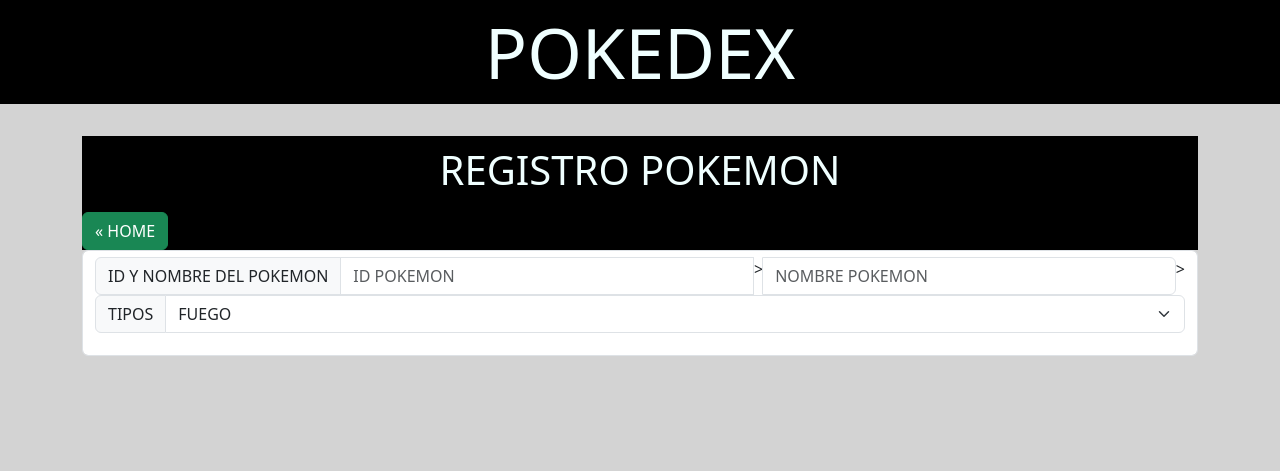
Repository: Edi521/Paginas-web-con-thymeleaf
Page: http://localhost/registro
These files come from the project's save history. The page is drawn as it stood at one moment and after the next save; the edit follows.
The browser window is 1280 px wide. The pictures show the whole page.
The page is this project's Thymeleaf template; nobody is signed in. The template is opened directly, without the code that normally fills it, so the values that code supplies are empty.

Above is the page before, as saved 2024-11-27 00:21:42.

### Pokedex/src/main/resources/templates/registro.html
<!DOCTYPE html>
<html lang="en">
<head>
    <meta charset="UTF-8">
    <meta name="viewport" content="width=device-width, initial-scale=1.0">
	<link href="https://cdn.jsdelivr.net/npm/bootstrap@5.3.3/dist/css/bootstrap.min.css" rel="stylesheet"
	 integrity="sha384-QWTKZyjpPEjISv5WaRU9OFeRpok6YctnYmDr5pNlyT2bRjXh0JMhjY6hW+ALEwIH" crossorigin="anonymous">
    <title>Pokedex</title>
</head>
<body style="background-color: lightgray;">

	<div style="background-color: black;">
		<h1 style="text-align: center; color: azure; font-size: 70px; padding: 10px;">POKEDEX</h1>
		<div style="text-align: center;">
		</div>
	</div>
	<br>
	<div class="container">

		<div  class="card-header" style="background-color: black;">
			<h2 style="text-align: center; color: azure; font-size: 40px; padding: 10px;">REGISTRO POKEMON</h2>
			<a type="button" class="btn btn-success" th:href="@{/}">  « HOME</a>
		</div>
		<div class="card-body">
			<div class="form-control">
				<form>
					<div class="input-group">
					  <span class="input-group-text">ID Y NOMBRE DEL POKEMON</span>
					  <input type="number" name="id" min="1" placeholder="ID POKEMON" class="form-control" required>>
					  <input type="text" name="nombre" placeholder="NOMBRE POKEMON"  class="form-control" required>>
					</div>


					<div class="input-group mb-3">
					  <label class="input-group-text" for="inputGroupSelect01">TIPOS</label>
					  <select class="form-select" id="inputGroupSelect01" name="tipo" required>
					    <option value="FUEGO">FUEGO</option>
					    <option value="AGUA">AGUA</option>
					    <option value="ELECTRICO">ELECTRICO</option>
					    <option value="BICHO">BICHO</option>
					  </select>
					</div>

				</form>
			</div>

		</div>


	</div>



</body>
</html>

After the next save:
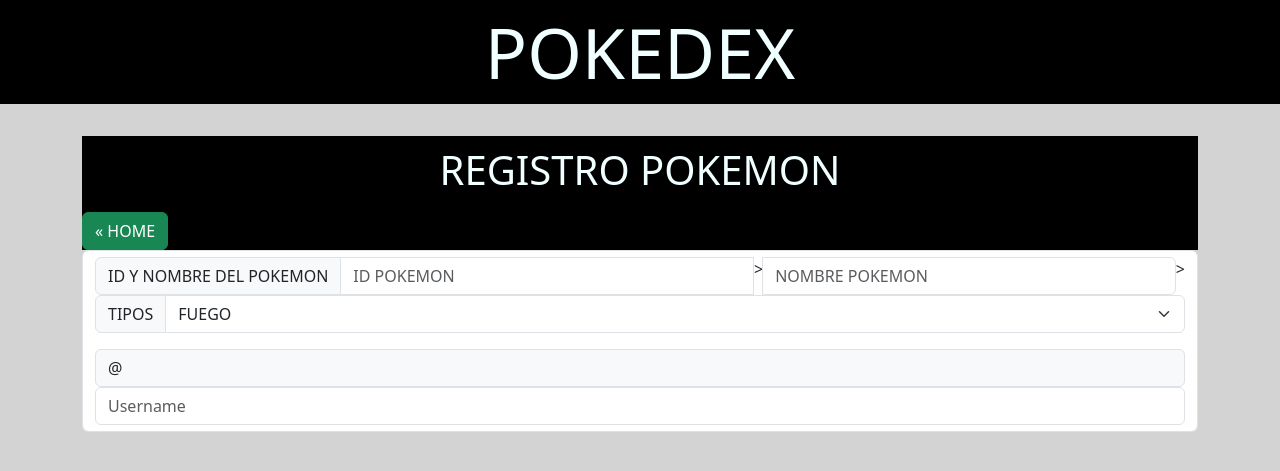
Saved 84 s later.
--- a/Pokedex/src/main/resources/templates/registro.html
+++ b/Pokedex/src/main/resources/templates/registro.html
@@ -24,6 +24,7 @@
 		<div class="card-body">
 			<div class="form-control">
 				<form>
+
 					<div class="input-group">
 					  <span class="input-group-text">ID Y NOMBRE DEL POKEMON</span>
 					  <input type="number" name="id" min="1" placeholder="ID POKEMON" class="form-control" required>>
@@ -41,6 +42,9 @@
 					  </select>
 					</div>
 
+					<span class="input-group-text" id="basic-addon1">@</span>
+					 <input type="text" class="form-control" placeholder="Username" aria-label="Username" aria-describedby="basic-addon1">
+
 				</form>
 			</div>
 
